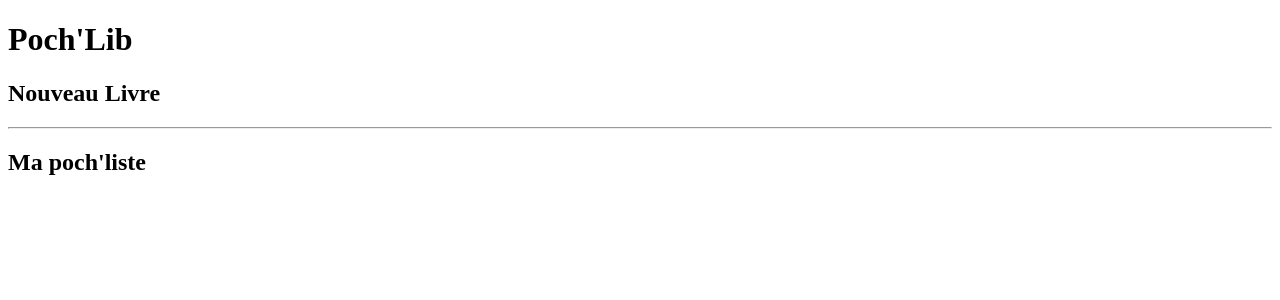
Repository: Cadigrace/pochlib
Page: index.html
An editor plug-in stored every save of this project. The page is shown before and after the next save, followed by the edit.
The browser window is 1280 px wide. The pictures show the whole page.

Above is the page before, as saved 2023-03-11 09:39:30.

### index.html
<!DOCTYPE html>
<html lang="fr">
	<head>
		<title>Poch'Lib</title>
		<meta charset="utf-8" />
		<meta name="viewport" content="width=device-width, initial-scale=1">
  	</head>
  	<body>
		<div id="myBooks">
			<h1 class="title">Poch'Lib</h1>
			<h2 class="h2">Nouveau Livre</h2>
			<hr>
			<div id="content">
				<h2>Ma poch'liste</h2>
			</div>
		</div>
  	</body>

		<script src="./js/jquery-3.6.4.min.js"></script>
		<script src="./js/application.js" ></script>
</html>

### js/application.js

function createAddButton() {
  $('<button type="button">Ajouter un nouveau livre</button>')
}

$(function() {

  // Creer le bouton Ajout
  createAddButton();

});

Loaded but not shown: js/jquery-3.6.4.min.js (library)

After the next save:
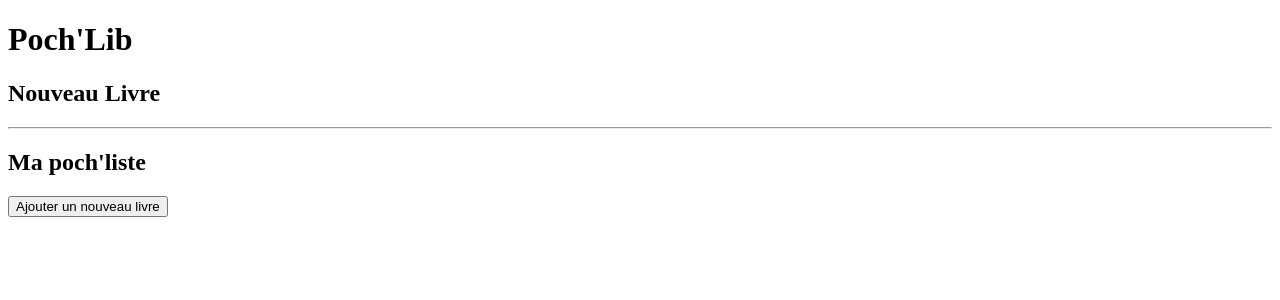
Saved 14 s later.
--- a/js/application.js
+++ b/js/application.js
@@ -1,6 +1,6 @@
 
 function createAddButton() {
-  $('<button type="button">Ajouter un nouveau livre</button>')
+  $('<button type="button">Ajouter un nouveau livre</button>').appendTo('#myBooks');
 }
 
 $(function() {

After the 2 saves that followed:
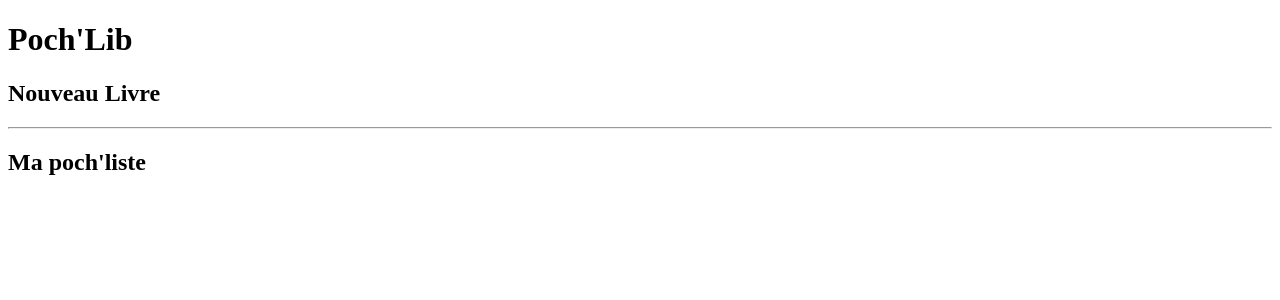
The 2 saves are shown as one change because 1 left the picture as it was.
The last was saved 112 s later.
--- a/js/application.js
+++ b/js/application.js
@@ -1,6 +1,7 @@
 
 function createAddButton() {
-  $('<button type="button">Ajouter un nouveau livre</button>').appendTo('#myBooks');
+  $('.h2').after()
+  $('<button type="button">Ajouter un nouveau livre</button>');
 }
 
 $(function() {
